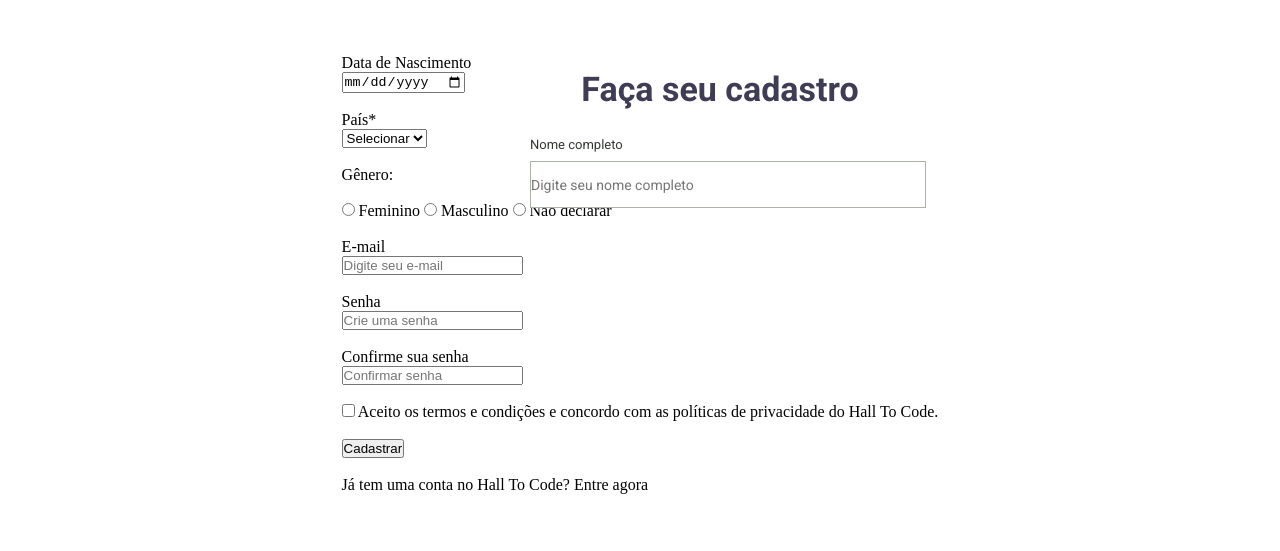
Repository: RenatoCCS/formularios
Page: cadastro.html
An editor plug-in stored every save of this project. The page is shown before and after the next save, followed by the edit.
The browser window is 1280 px wide. The pictures show the whole page.

Above is the page before, as saved 2023-03-22 20:39:02.

### cadastro.html
<!DOCTYPE html>
<html lang="pt-br">
  <head>
    <meta charset="UTF-8" />
    <meta http-equiv="X-UA-Compatible" content="IE=edge" />
    <meta name="viewport" content="width=device-width, initial-scale=1.0" />
    <link rel="stylesheet" href="style.css" />
    <title>Faça seu cadastro</title>
  </head>

  <body class="container">
    <form action="" class="form__Cadastro">
      <div class="form__Cadastro__Titulo">
        <h1>Faça seu cadastro</h1>
      </div>

      <div>
        <label class="cadastro__Titulo__Nome" for="name">Nome completo</label>
        <br />
        <input
          class="cadastro__Nome"
          id="name"
          type="text"
          name="name"
          placeholder="Digite seu nome completo"
        />
      </div>
      <br /><br />

      <label for="date">Data de Nascimento</label>
      <br />
      <input id="date" type="date" name="date" placeholder="dd/mm/aaaa" />
      <br /><br />

      <label for="options__Cascading">País*</label><br />
      <select name="opções" id="options__Cascading ">
        <option>Selecionar</option>
        <option>Brasil</option>
        <option>Argentina</option>
        <option>Chile</option>
        <option>Uruguai</option>
      </select>
      <br /><br />

      <section>
        <legend>Gênero:</legend>
        <br />
        <input id="option__Button__Feminino" type="radio" name="botão" />
        <label for="option__Button__Feminino">Feminino</label>

        <input id="option__Button__Masculino" type="radio" name="botão" />
        <label for="option__Button__Masculino">Masculino</label>

        <input id="option__Button__Naodeclarar" type="radio" name="botão" />
        <label for="option__Button__Naodeclarar">Não declarar</label>
      </section>
      <br />

      <label for="email">E-mail</label>
      <br />
      <input
        id="email"
        type="email"
        name="email"
        placeholder="Digite seu e-mail"
      />
      <br /><br />

      <label for="password">Senha</label>
      <br />
      <input
        id="password"
        type="password"
        name="senha"
        placeholder="Crie uma senha"
      />
      <br /><br />

      <label for="confirm__Password">Confirme sua senha</label>
      <br />
      <input
        id="confirm__Password"
        type="password"
        name="confirmar__Senha"
        placeholder="Confirmar senha"
      />
      <br /><br />

      <input type="checkbox" name="termos" id="term" />
      <label for="term"
        >Aceito os termos e condições e concordo com as políticas de privacidade
        do Hall To Code.</label
      ><br /><br />

      <button type="submit">Cadastrar</button>
      <br /><br />

      <p>Já tem uma conta no Hall To Code? Entre agora</p>
    </form>
  </body>
</html>

### style.css
@import url('https://fonts.googleapis.com/css2?family= Roboto :wght@400;700 & display=swap');

* {
  margin: 0;
  padding: 0;
}

:root {
  --primeira-cor: #3f3d56;
  --segunda-cor: #323730;
  --terceira-cor: #abb3a8;

  --fonte-primaria: 'Roboto', sans-serif;
}

.container {
  display: flex;
  justify-content: center;
}

.form__Cadastro__Titulo {
  position: absolute;
  width: 302px;
  height: 43px;
  left: 569px;
  top: 68px;
  color: var(--primeira-cor);
  font-family: var(--fonte-primaria);
  font-style: normal;
  font-weight: 700;
  font-size: 17px; /*o indicado é 37px, mas se manter quebra a linha*/
  line-height: 43px;
  text-align: center;
}

.cadastro__Titulo__Nome {
  position: absolute;
  width: 100px;
  height: 24px;
  left: 530px;
  top: 133px;
  color: var(--segunda-cor);
  font-family: var(--fonte-primaria);
  font-style: normal;
  font-weight: 400;
  font-size: 13px; /*o indicado é 14px, mas se manter quebra a linha*/
  line-height: 24px;
}

.cadastro__Nome {
  position: absolute;
  width: 163px;
  height: 24px;
  left: 14px;
  top: 34px;
  color: var(--terceira-cor);
  font-family: var(--fonte-primaria);
  font-style: normal;
  font-weight: 400;
  font-size: 14px; /*o indicado é 14px, mas se manter quebra a linha*/
  line-height: 24px;
}

.cadastro__Nome {
  color: var(--terceira-cor);
  box-sizing: border-box;
  border: solid 1px;
  width: 396px;
  height: 47px;
  left: 530px;
  top: 161px;
}

After the next save:
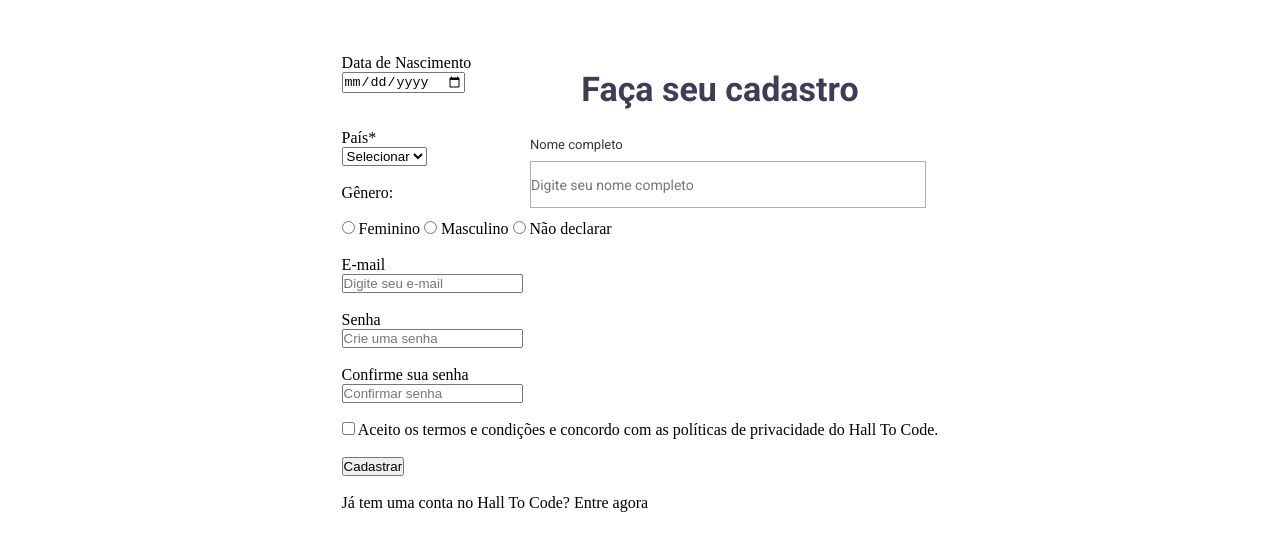
Saved 7 min 16 s later.
--- a/cadastro.html
+++ b/cadastro.html
@@ -27,9 +27,11 @@
       </div>
       <br /><br />
 
-      <label for="date">Data de Nascimento</label>
-      <br />
-      <input id="date" type="date" name="date" placeholder="dd/mm/aaaa" />
+      <div>
+        <label for="date">Data de Nascimento</label>
+        <br />
+        <input id="date" type="date" name="date" placeholder="dd/mm/aaaa" />
+      </div>
       <br /><br />
 
       <label for="options__Cascading">País*</label><br />
